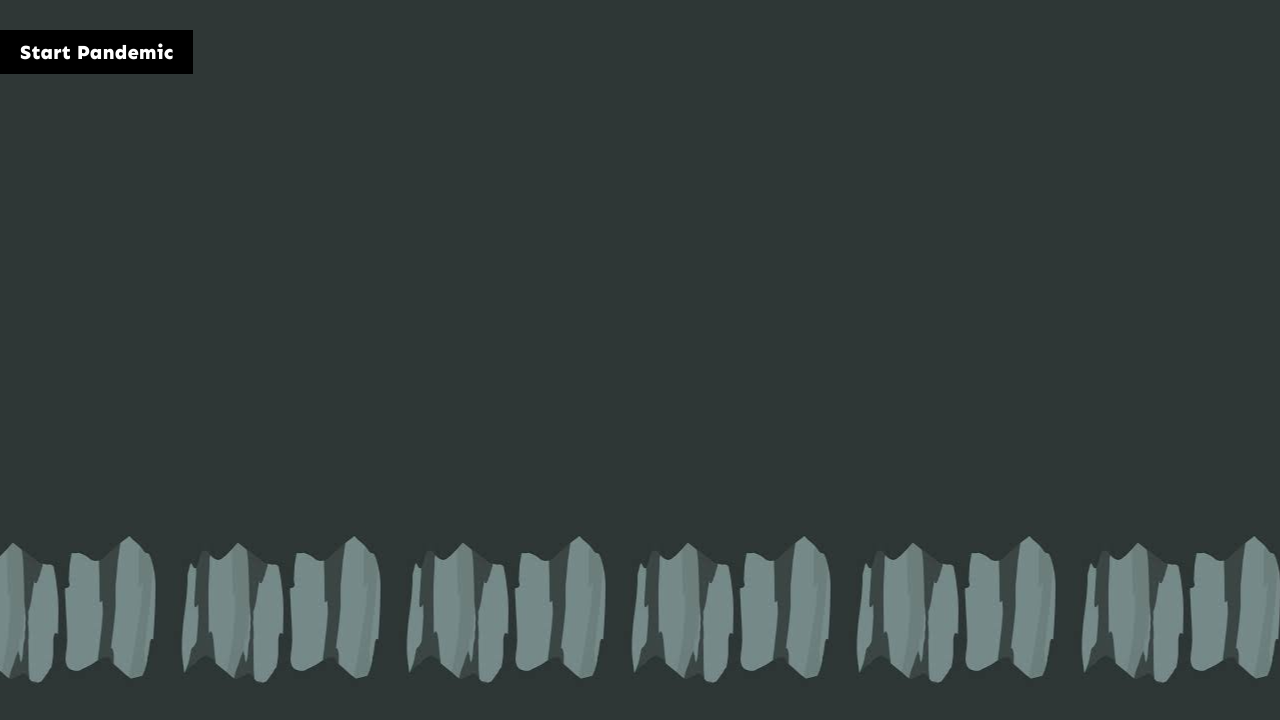
Repository: mindfoo/project-game
Page: index.html
The author's editor kept a copy of each file at every save. The page is drawn from the files as they stood at one save, then again after the next save.
The browser window is 1280 px wide. The pictures show the whole page.

Above is the page before, as saved 2020-03-25 20:46:55.

### index.html
<!DOCTYPE html>
<html lang="en">
  <head>
    <meta charset="UTF-8" />
    <meta name="viewport" content="width=device-width;
    initial-scale=1; maximum-scale=1; user-scalable=0;"/>
    <meta http-equiv="X-UA-Compatible" content="ie=edge" />
    <link rel="stylesheet" href="styles/style.css" />
    <title>Project | Flappy Corona</title>
  </head>
  <body>
    <button class="start" id="start-button">Start Pandemic</button>

    <div id="game-board">
      <canvas id="canvas"></canvas>
    </div>

    <script type="text/javascript" src="js/obstacles.js"></script>
    <script type="text/javascript" src="js/player.js"></script>
    <script type="text/javascript" src="js/background.js"></script>
    <script type="text/javascript" src="js/game.js"></script>
    <script type="text/javascript" src="js/script.js"></script>
  </body>
</html>

### styles/style.css
@import url('https://fonts.googleapis.com/css2?family=Sen:wght@400;700;800&display=swap');


html, body {
  overflow: hidden;
  margin: 0;
  padding: 0;
  background: #2e3736 url(../images/cave.jpeg) repeat-x bottom;
  width: 100vw;
  height: 100vh;
}

canvas{
  z-index: 1;
  background: #2f3736;
  z-index: 1;
}

body > * {
  font-family: 'Sen', sans-serif;
  font-weight: 800;
}

body h1 {
  font-size: 30px;
  text-transform: uppercase;
}

body button {
  font-size: 20px;
  background-color: black;
  color: #fff;
  padding: 10px 20px;
  border: 0;
  position: absolute;
  z-index: 90000;
  margin: 30px auto;
}

### js/obstacles.js
class ObstaclePipes {
    constructor(game) {
      this.game = game;
      this.ctx = game.ctx;

      this.x = this.game.width;
      this.y = Math.floor(Math.random() * this.game.height);

      //if (this.y < 20) this.x += 20;
      //if (this.x > this.game.width - 20) this.x -= 30;
      this.height = 2177/5;
      this.width = 1587/5;

      this.speed = 3;

      this.position = [];

      this.image = new Image();
      this.image.src = "./images/virus-sprite.png";
      this.image.src = "./images/virus-sprite.png";
    }
    drawObstacle() {
      this.ctx.drawImage(this.image, this.x, this.y, this.width, this.height);
    }
    update() {
      this.x -= this.speed;
    }
  }

### js/player.js
class Player {
  constructor(game) {
    this.game = game;
    this.ctx = game.ctx;
    this.x = 20;
    this.y = this.game.height / 2;
    this.width = 40;
    this.height = 35;

    this.speedY = 0;
    this.gravity = 0.05;
    this.gravitySpeed = 0;

    this.image = new Image();
    this.image.src = "./images/flappy.png";
  }
  // only draws the player
  drawPlayer() {
    this.ctx.drawImage(this.image, this.x, this.y, this.width, this.height);
    //console.log(this.speedY , this.speedX);
  }

  update() {
    this.y += this.speedY;

    if (this.y < 0) {
      this.speedY = 1;
      this.y = 0;
    }
    if (this.y >= this.game.height - this.height) {
      this.speedY = 0;
    }
  }

  setControls() {

    window.addEventListener("keydown", event => {
      /*
      if (event.keyCode === 38) {
        this.speedY = -1;
      }
      if (event.keyCode === 40) {
        this.speedY = 1;
      }
      if (event.keyCode === 37) {
        this.speedX = -1;
      }
      if (event.keyCode === 39) {
        this.speedX = 1;
      }
      */
      if (event.keyCode === 32) {
        event.preventDefault();
        //console.log("pressed");

        this.speedY = -1;
        this.gravity = -.2;
        this.update();
      }
    });

    window.addEventListener("keyup", event => {
      if (event.keyCode === 32) {
        event.preventDefault();
        this.speedY *= -1;
      }
    });

  }

  // sets gravity on the position????
  newPos() {
    this.gravitySpeed += this.gravity;
    this.y += this.speedY - this.gravitySpeed;
  }
}

### js/background.js
class infiniteBackground {
    constructor(game){
        this.game = game;
        this.ctx = game.ctx;

        this.x = 0;
        this.y = 0;
        this.width = 255;//900
        this.height = 255;//504
        this.scrollSpeed = 1;

        this.image = new Image();

        this.image.src = "./images/cave.jpeg";

    }
    drawBackground(){
        //console.log("drawing bg" + this.scrollSpeed)
        // draw image 1
        this.ctx.drawImage(this.image, this.x, this.y, this.width, this.height);
        // draw image 2
        this.ctx.drawImage(this.image, this.x + this.game.width, this.y, this.width, this.height);

        // update image height
        this.x -= this.scrollSpeed;
        //console.log(this.x);

        // resetting the images when the first image entirely exits the screen
        if (this.x < -this.game.width) {
            this.x = 0;
            //console.log("this");
        }


    }
}

### js/game.js
class Game {
  constructor(canvas) {
    this.canvas = canvas;
    this.ctx = canvas.getContext("2d");
    //this.width = canvas.width;
    //this.height = canvas.height;
    this.width = window.innerWidth;
    this.height = window.innerHeight;

    this.background = new infiniteBackground(this);
    //this.obstacle = new ObstaclePipes(this);
    this.animationId;

    this.player = new Player(this);
    this.player.setControls();

    this.frame = 0;
    this.obstaclesArray = [];
    this.scoreArray = [];
    //Helper for obstacle creation
    this.frame = 0;

    this.gameStatus = "game";
  }

  start() {
    //console.log("I started the game");
    if (this.gameStatus === "game") {
      this.animation();
    }
  }
  draw() {
    //console.log("I draw the game");
    this.ctx.clearRect(0, 0, this.width, this.height);
    this.background.drawBackground();
    this.player.drawPlayer();

    //Iterate over the obstacles
    for (let obstacle of this.obstaclesArray) {
      obstacle.drawObstacle();
    }
  }


  obstaclesExistence() {
    for (let obstacle of this.obstaclesArray) {
      obstacle.update();

      if (this.checkCollision(this.player, obstacle)) {
        this.gameStatus = "game-over";
      }

      if (obstacle.x < 0) {
        this.obstaclesArray.shift();
        this.scoreArray.push(1);
        console.log(this.scoreArray);
      }
    }
  }


  checkCollision(player, object) {
    if (object) {
      return (
        player.x < object.x + object.width &&
        player.x + player.width > object.x &&
        player.y < object.y + object.height &&
        player.y + player.height > object.y
      );
    }
  }

  gameOver() {
    this.ctx.save();
    this.ctx.fillStyle = 'rgba(255, 165, 0, 0.5)';
    this.ctx.fillRect(0, 0, this.width, this.height);
    this.ctx.fillStyle = '#222222';
    this.ctx.font = "italic small-caps bold 12px Sen";

    this.ctx.fillText(`GAME OVER!`, this.width / 2, this.height - 80);
    this.ctx.fillText(
      `YOU AVOIDED ${this.scoreArray.length} OBSTACLE(S)`,
      this.width / 8,
      100
    );

    this.ctx.restore();
    //this.player.carCrashAudio.play();
  }



  animation() {
    this.draw();
    this.update();
    this.animationId = window.requestAnimationFrame(() => {
      if (this.gameStatus === "game") {
        this.animation();
      }
      if (this.gameStatus === "game-over") {
        window.cancelAnimationFrame(this.animationId);
        this.gameOver();
      }
    });
  }

  update() {
    this.frame++;
    //console.log("I updated");
    this.player.update();
    //Append obstacles being created into array
    if (this.frame % 120 === 0) {
      this.obstaclesArray.push(new ObstaclePipes(this));
    }
    this.obstaclesExistence();
  }
}

### js/script.js
window.onload = function() {
  const canvas = document.querySelector("canvas");
  const game = new Game(canvas);

  document.getElementById("start-button").onclick = function() {
    event.preventDefault();
    game.start();
  };




};

After the next save:
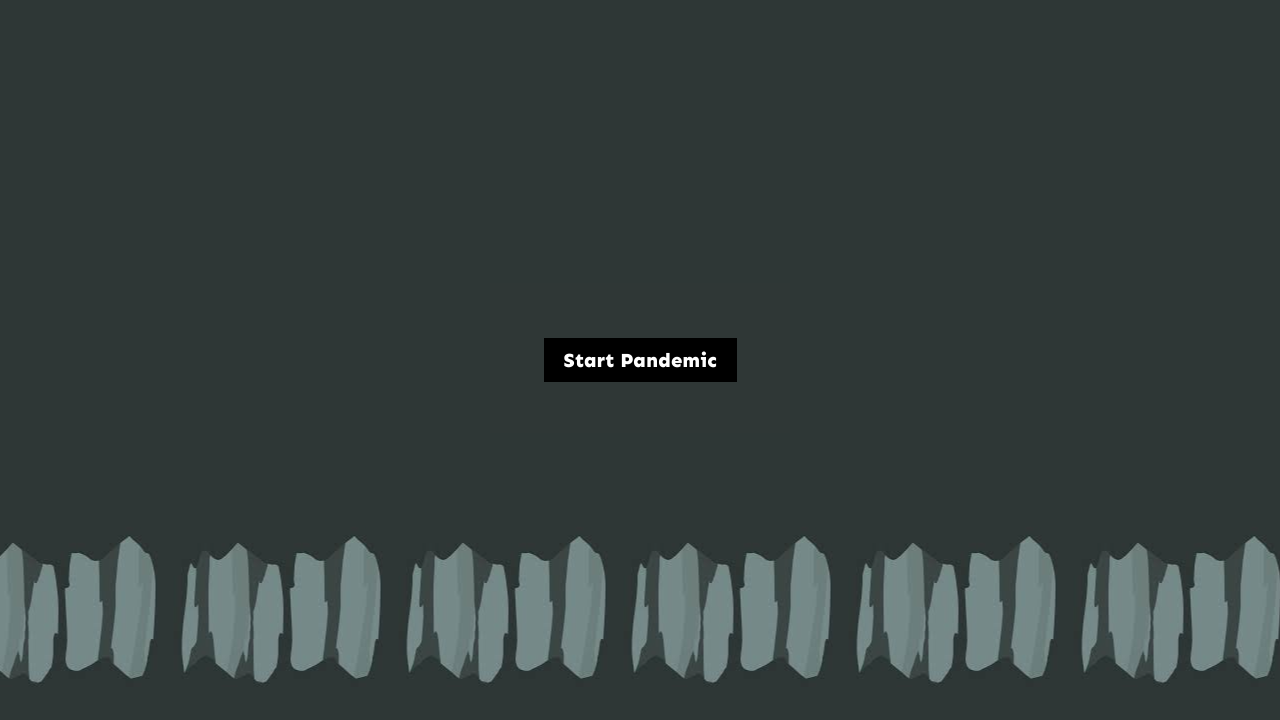
Saved 103 s later.
--- a/styles/style.css
+++ b/styles/style.css
@@ -8,6 +8,11 @@ html, body {
   background: #2e3736 url(../images/cave.jpeg) repeat-x bottom;
   width: 100vw;
   height: 100vh;
+  position: relative;
+  display: flex;
+  text-align: center;
+  align-items: center;
+  justify-content: center;
 }
 
 canvas{
